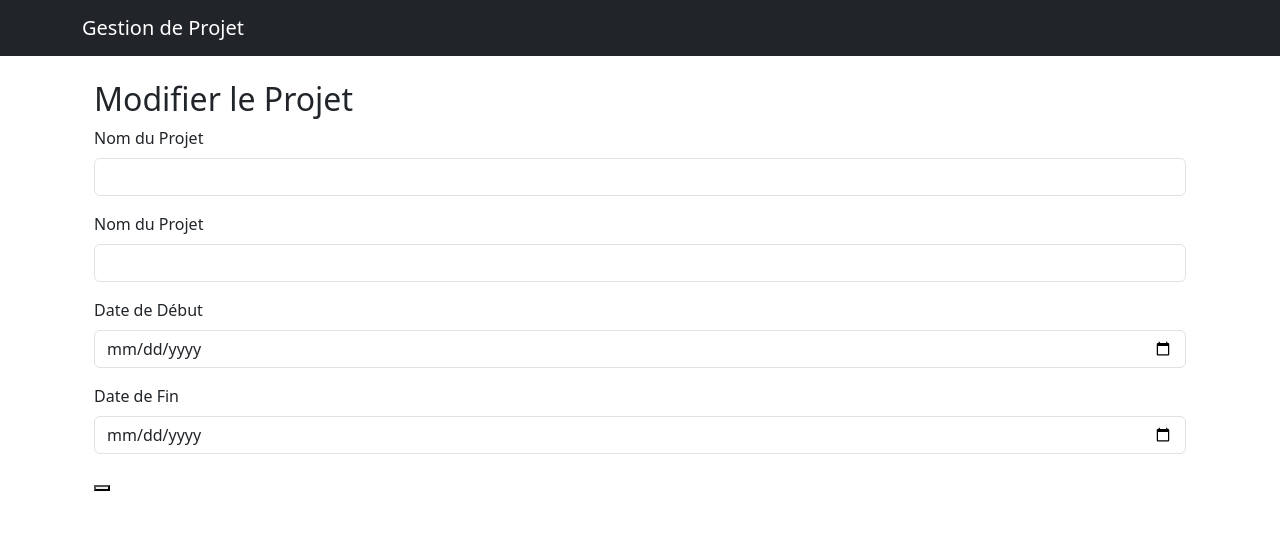
Repository: SalmaElhaou/Scrum-Project
Page: resources/views/projects/edit.blade.php
An editor plug-in stored every save of this project. The page is shown before and after a run of saves, followed by the edit.
The browser window is 1280 px wide. The pictures show the whole page.
The page is served by the project's Laravel application, run on PHP 8.4 with Laravel 10. The template is opened directly, without the code that normally fills it, so the values that code supplies are empty.

Above is the page before, as saved 2025-02-02 13:57:29.

After the next 3 saves:
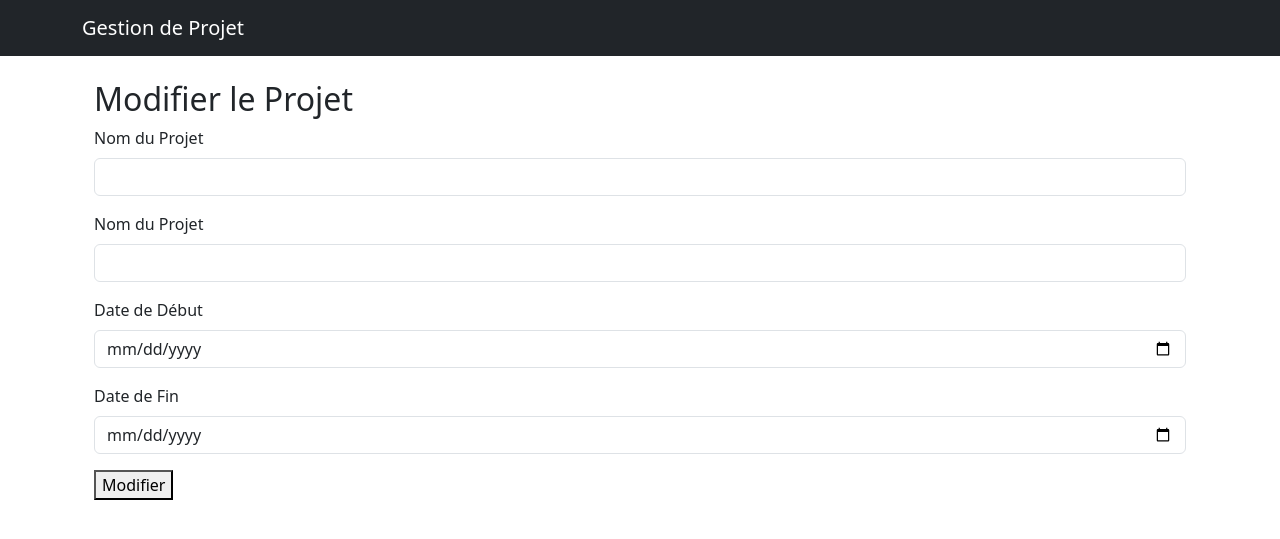
The 3 saves are shown as one change because they came seconds apart.
The last was saved 11 s later.
--- a/resources/views/projects/edit.blade.php
+++ b/resources/views/projects/edit.blade.php
@@ -30,7 +30,7 @@
         <input type="date" id="end_date" name="end_date" class="form-control" value="{{ $project->end_date }}">
     </div>
 
-    <button></button>
+    <button type="">Modifier</button>
 </form>
 </div>
 @endsection
